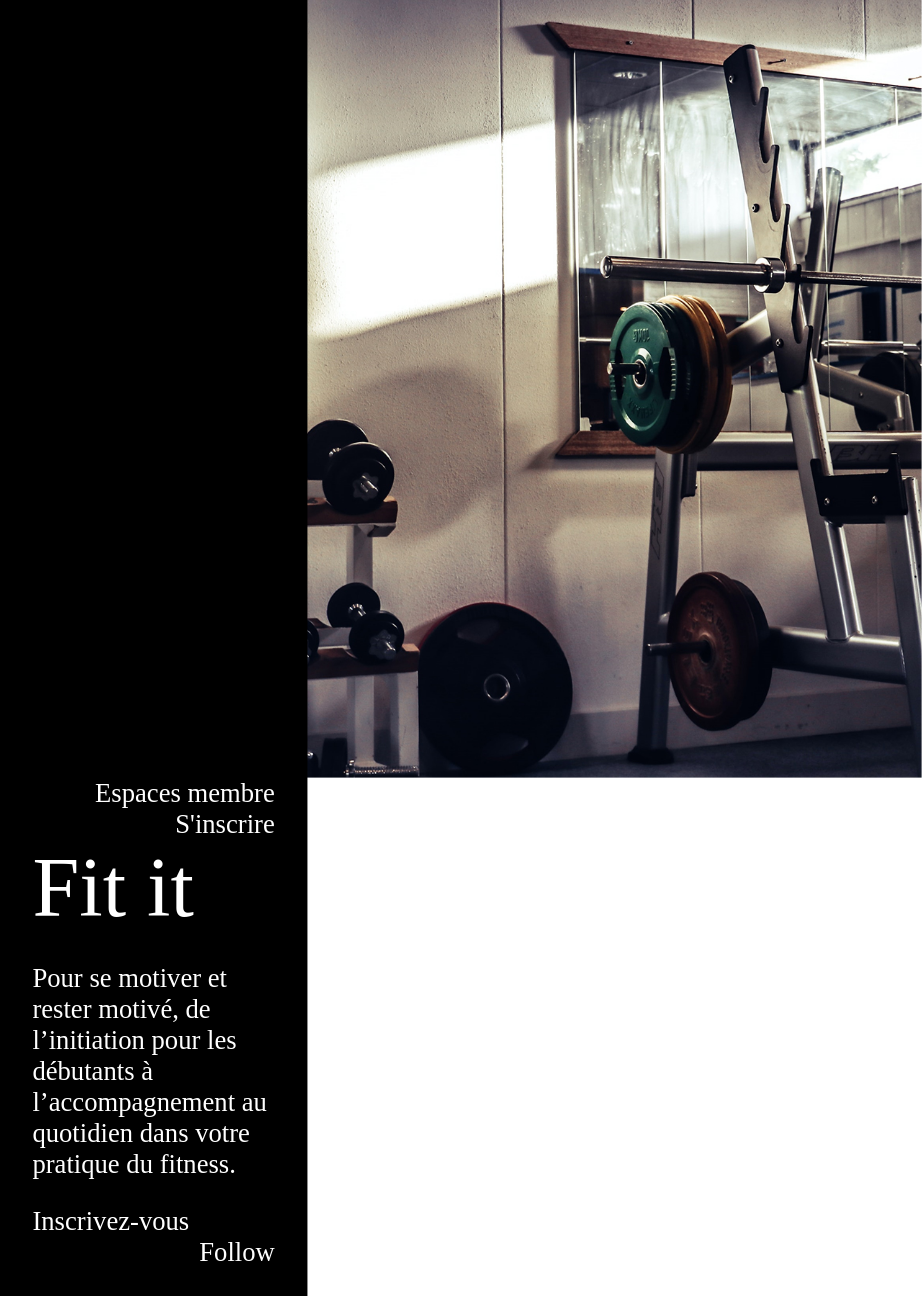
Repository: Mini-T/php-propre
Page: http://localhost/
These files come from the project's save history. The page is drawn as it stood at one moment and after the next save; the edit follows.
The browser window is 1280 px wide. The pictures show the whole page, at 72% of full size.
The page is run by PHP 8.4 with error messages shown; the project is at /var/www/html/.

Above is the page before, as saved 2021-03-25 11:00:36.

### Partiel/index.php
<!DOCTYPE html>
<html lang="en">

<head>
    <meta charset="UTF-8">
    <meta http-equiv="X-UA-Compatible" content="IE=edge">
    <meta name="viewport" content="width=device-width, initial-scale=1.0">
    <title>Document</title>
    <link rel="stylesheet" href="main.css">
</head>

<body>
    <div id="main">

            <header id="image">
<div id="overlay">
                <div class="frat"></div>

                <div class="fratt">
                    <div id="row1">
                        <a href="#">Espaces membre</a>
                        <br>
                        <a href="#">S'inscrire</a>
                    </div>
                    <div id="row2">
                        <h1 id="titre">Fit it</h1>
                        <p class="text">Pour se motiver et rester motivé, de l’initiation
                            pour les débutants à l’accompagnement au
                            quotidien dans votre pratique du fitness.</p>
                        <a href="#" class="text">Inscrivez-vous</a>
                    </div>
                    <div id="row3"><a href="" class="text" id="follow">Follow</a></div>
                </div>
            </div>
            </header>

    </div>
</body>

</html>

### Partiel/main.css
#main{
    display: flex;
}
body{
    overflow: hidden;
    margin: 0px;
}
a{
    text-decoration: none;
    color: unset;
}

#image{
    background-image: url('fond-normal-size.jpg');
    color: white;
    font-family: kanit;
    display: grid;
    max-width: 1920px;
    grid-template-columns: 1fr 2Fr;
    width: 100vw;
    height: 1080px;
    flex-direction: column;
}
.center{

}
.topright{
    background: black;
    font-size: 37px;
    text-align: right;
    margin-bottom: 243px;
}
#titre{
    margin: 0px;
    font-family: kanit medium;
    font-weight: normal;
    font-size: 117px;
    text-align: left;
}
.text{
    font-size: 37px;
    font-family: Sohne-Leicht ;
}
#follow{
    margin-bottom: 40px;
    text-align: right;
    height: fit-content;
    text-align: right;
}

.frat{
    width: 100%;
    height: 1080px;

}
.fratt{
    padding: 0px 45px  0px 45px;
    max-height: 1080px;
    height: 100vh;
    display: grid;
    grid-template-rows: 1fr 4fr 1fr ;



}
#row1{
    font-size: 37px;
    text-align: right;
}
#row2{

        height: fit-content
}
#row3{
    height: 100%;
    display: flex;
    flex-direction: column;
    justify-content: flex-end;
    align-content: flex-end;
}
#overlay {
    background-color: black;
}

After the next save:
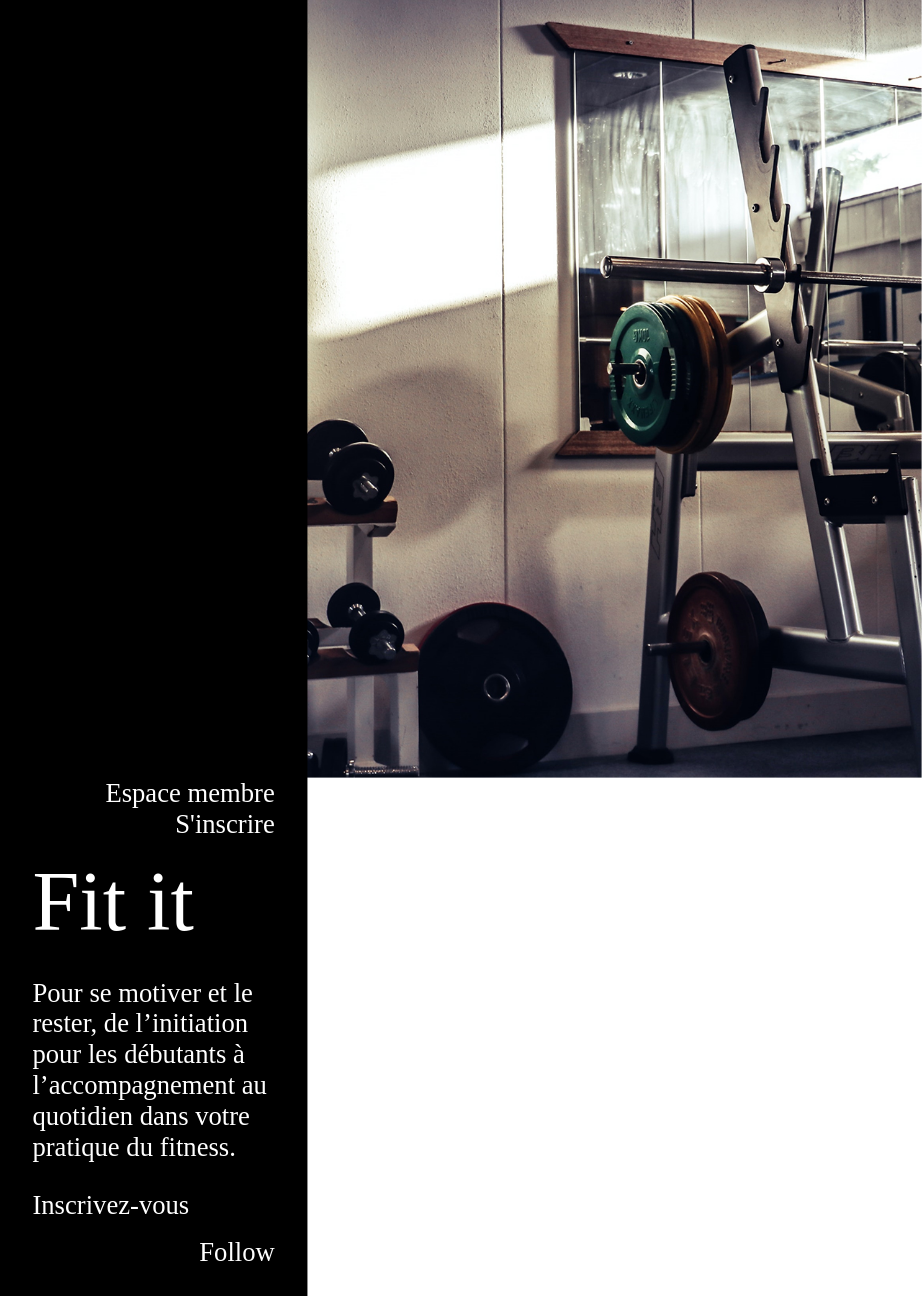
Saved 42 s later.
--- a/Partiel/index.php
+++ b/Partiel/index.php
@@ -11,20 +11,19 @@
 
 <body>
     <div id="main">
-
-            <header id="image">
-<div id="overlay">
+        <header id="image">
+            <div id="overlay">
                 <div class="frat"></div>
 
                 <div class="fratt">
                     <div id="row1">
-                        <a href="#">Espaces membre</a>
+                        <a href="#">Espace membre</a>
                         <br>
                         <a href="#">S'inscrire</a>
                     </div>
                     <div id="row2">
                         <h1 id="titre">Fit it</h1>
-                        <p class="text">Pour se motiver et rester motivé, de l’initiation
+                        <p class="text">Pour se motiver et le rester, de l’initiation
                             pour les débutants à l’accompagnement au
                             quotidien dans votre pratique du fitness.</p>
                         <a href="#" class="text">Inscrivez-vous</a>
@@ -32,7 +31,7 @@
                     <div id="row3"><a href="" class="text" id="follow">Follow</a></div>
                 </div>
             </div>
-            </header>
+        </header>
 
     </div>
 </body>
